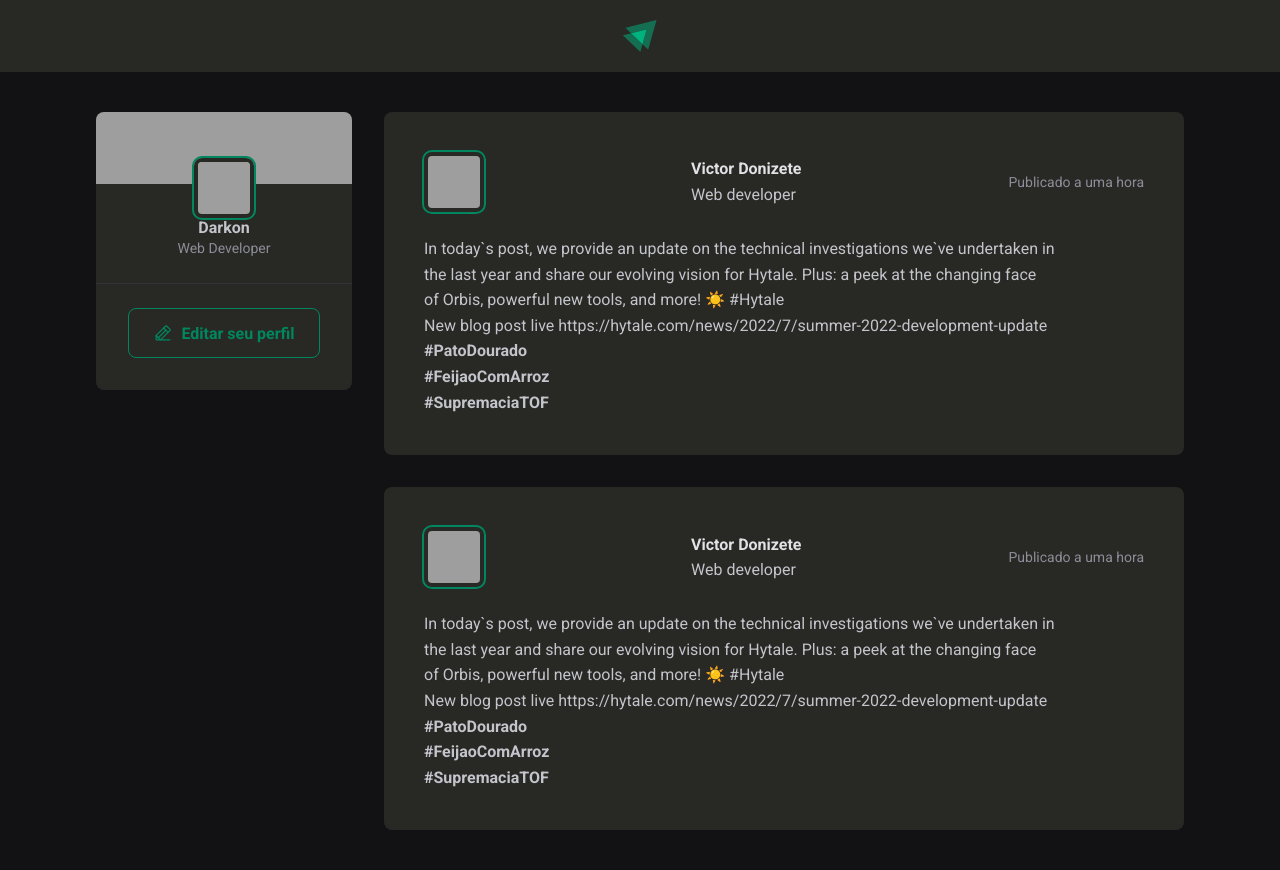
Repository: viviij/PseudoRedeSocial
Page: /
An editor plug-in stored every save of this project. The page is shown before and after the next save, followed by the edit.
The browser window is 1280 px wide. The pictures show the whole page.
Pictures or frames that could not be fetched are drawn as grey boxes. The project was rebuilt for these pictures with package versions that can differ from the ones it lists, and the page was loaded fresh each time. Also part of the build but not shown: vite.config.js.

Above is the page before, as saved 2022-08-02 11:57:02.

### index.html
<!DOCTYPE html>
<html lang="en">
  <head>
    <meta charset="UTF-8" />
    <link rel="preconnect" href="https://fonts.googleapis.com">
    <link rel="preconnect" href="https://fonts.gstatic.com" crossorigin>
    <link rel="icon" type="image/svg+xml" href="/vite.svg" />
    <meta name="viewport" content="width=device-width, initial-scale=1.0" />
    <link href="https://fonts.googleapis.com/css2?family=Roboto:wght@400;700&display=swap" rel="stylesheet">
    <title>RedeSocial</title>
  </head>
  <body>
    <div id="root"></div>
    <script type="module" src="/src/main.jsx"></script>
  </body>
</html>

### src/App.jsx
import { Header } from "./components/header";
import { Sidebar } from "./components/Sidebar"
import { Post } from "./components/Post"

import styles from "./App.module.css"
import "./global.css"
export function App() {
  return (
    <div>
      <Header />

      <div className={styles.wrapper}>
        <Sidebar />
        <main>
          <Post
            author="Victor Donizete"
            content="Texto generico criado apenas para simular uma postagem"
          />
          <Post
            author="Fernanda Medeiros"
            content="Texto generico criado apenas para simular uma postagem"
          />
        </main>
      </div>
    </div>
  )
}

### src/components/header.jsx
import styles from "./Header.module.css"

import IgniteLogo from '../assets/IgniteLogo.svg'

export function Header() {
  return (
    <header className={styles.header}>
      <img src={IgniteLogo} alt="Logo da ignite" />
    </header>
  )
}

### src/components/Sidebar.jsx
import styles from "./Sidebar.module.css"
import { PencilLine } from "phosphor-react"

export function Sidebar() {
  return (
    <aside className={styles.sidebar}>
      <img
        className={styles.cover}
        src="https://images.unsplash.com/photo-1659095579647-7c1bbc73b36f?ixlib=rb-1.2.1&ixid=MnwxMjA3fDB8MHxlZGl0b3JpYWwtZmVlZHw1fHx8ZW58MHx8fHw%3D&auto=format&fit=crop&w=500&q=10" alt="plano de fundo"
      />

      <div className={styles.profile}>
        <img
          className={styles.avatar}
          src="https://github.com/viviij.png" alt="Foto de perfil" />

        <strong>Darkon</strong>
        <span>Web Developer</span>
      </div>

      <footer>
        <a
          href="#">
          <PencilLine
            size={20}
          />
          Editar seu perfil
        </a>
      </footer>
    </aside>
  )
}

### src/components/Post.jsx
import styles from "./Post.module.css"

export function Post() {
  return (
    <article className={styles.post}>
      <header>
        <div className={styles.author}>
          <img className={styles.avatar} src="https://github.com/viviij.png" alt="Foto do perfil" />
        </div>
        <div className={styles.authorInfo}>
          <strong>Victor Donizete</strong>
          <span>Web developer</span>
        </div>

        <time title="1 de agosto as 00:13h" dateTime="2022-05-11 00:13:46">Publicado a uma hora</time>
      </header>

      <div className={styles.content}>
        <p> In today`s post, we provide an update on the technical investigations we`ve undertaken in</p> <p> the last year and share our evolving vision for Hytale. Plus: a peek at the changing face </p>
        <p> of Orbis, powerful new tools, and more! ☀️ #Hytale</p>
        <p>New blog post live https://hytale.com/news/2022/7/summer-2022-development-update</p>

        <p><a href="#">#PatoDourado</a></p>{' '}
        <p><a href="#">#FeijaoComArroz</a></p>{' '}
        <p><a href="#">#SupremaciaTOF</a></p>
      </div>
    </article>
  )
}

### src/App.module.css
.wrapper {
  max-width: 70rem;
  margin: 2rem auto;
  padding: 0.5rem 1rem;

  display: grid;
  grid-template-columns: 256px 1fr;
  gap: 2rem;
  align-items: flex-start;

}

### src/global.css
:root {
  --white: #ffffff;

  --gray-100: #e1e1e6;
  --gray-300: #c4c4cc;
  --gray-400: #8d8d99;
  --gray-600: #323238;
  --gray-700: #29292e;
  --gray-800: #282824;
  --gray-900: #121214;

  --green-300: #00B37E;
  --green-500: #00875f;
}

* {
  margin: 0;
  padding: 0;
  box-sizing: border-box;
}

body {
  background: var(--gray-900);
  color: var(--gray-300);
  -webkit-font-smoothing: antialiased;
}

body,
input,
textarea,
button {
  font-family: 'Roboto', sans-serif;
  font-weight: 400;
  font-size: 1rem;
}

### src/components/Sidebar.module.css
.sidebar {
  background: var(--gray-800);
  border-radius: 8px;
  overflow: hidden;
}

.cover {
  width: 100%;
  height: 72px;
  object-fit: cover;
}

.profile {
  display: flex;
  flex-direction: column;
  align-items: center;

  margin-top: calc(0px - 1.5rem - 6px);
}

.avatar {
  width: calc(3rem + 12px);
  height: calc(3rem + 12px);
  border-radius: 8px;
  border: 4px solid var(--gray-800);
  outline: 2px solid var(--green-500);
}

.prfile strong {
  margin: 1rem;
  color: var(--gray-100);
  line-height: 1.6;
}

.profile span {
  font-size: 0.875rem;
  color: var(--gray-400);
  line-height: 1.6;
}

.sidebar footer {
  border-top: 1px solid var(--gray-600);
  margin-top: 1.5rem;
  padding: 1.5rem 2rem 2rem;
}

.sidebar footer a {
  width: 100%;
  background: transparent;
  color: var(--green-500);
  border: 1px solid var(--green-500);
  border-radius: 8px;
  height: 50px;
  padding: 0 1.5rem;
  font-weight: bold;
  display: block;
  text-decoration: none;

  display: flex;
  align-items: center;
  justify-content: center;

  gap: 0.5rem;

  transition: color 0.5s, background-color 0.5s;
}

.sidebar footer a:hover {
  background: var(--green-500);
  color: var(--white)
}

### src/components/Post.module.css
.post {
  background: var(--gray-800);
  border-radius: 8px;
  padding: 2.5rem;
}

.post+.post {
  margin-top: 2rem;
}

.content {
  line-height: 1.6;
  color: var(--gray-300);
  margin-top: 1.5rem;
}

.content a {
  font-weight: bold;
  color: var(--gray-500);
  text-decoration: none;
}

.content a:hover {
  color: var(--green-300);
}

.post>header {
  display: flex;
  align-items: center;
  justify-content: space-between;
}

.post>header time {
  font-size: 0.875rem;
  color: var(--gray-400)
}

.author {
  display: flex;
  align-items: center;
  gap: 1rem;
}

.author img {
  width: calc(3rem + 12px);
  height: calc(3rem + 12px);
  border-radius: 8px;
  border: 4px solid var(--gray-800);
  outline: 2px solid var(--green-500);
}

.authorInfo strong {
  display: block;
  color: var(--gray-100);
  line-height: 1.6;
}

.authorInfo span {
  display: block;
  font-size: 0.875;
  color: var(--grey-400);
  line-height: 1.6;
}

Loaded but not shown: src/main.jsx (common file); src/components/Header.module.css (common file)

After the next save:
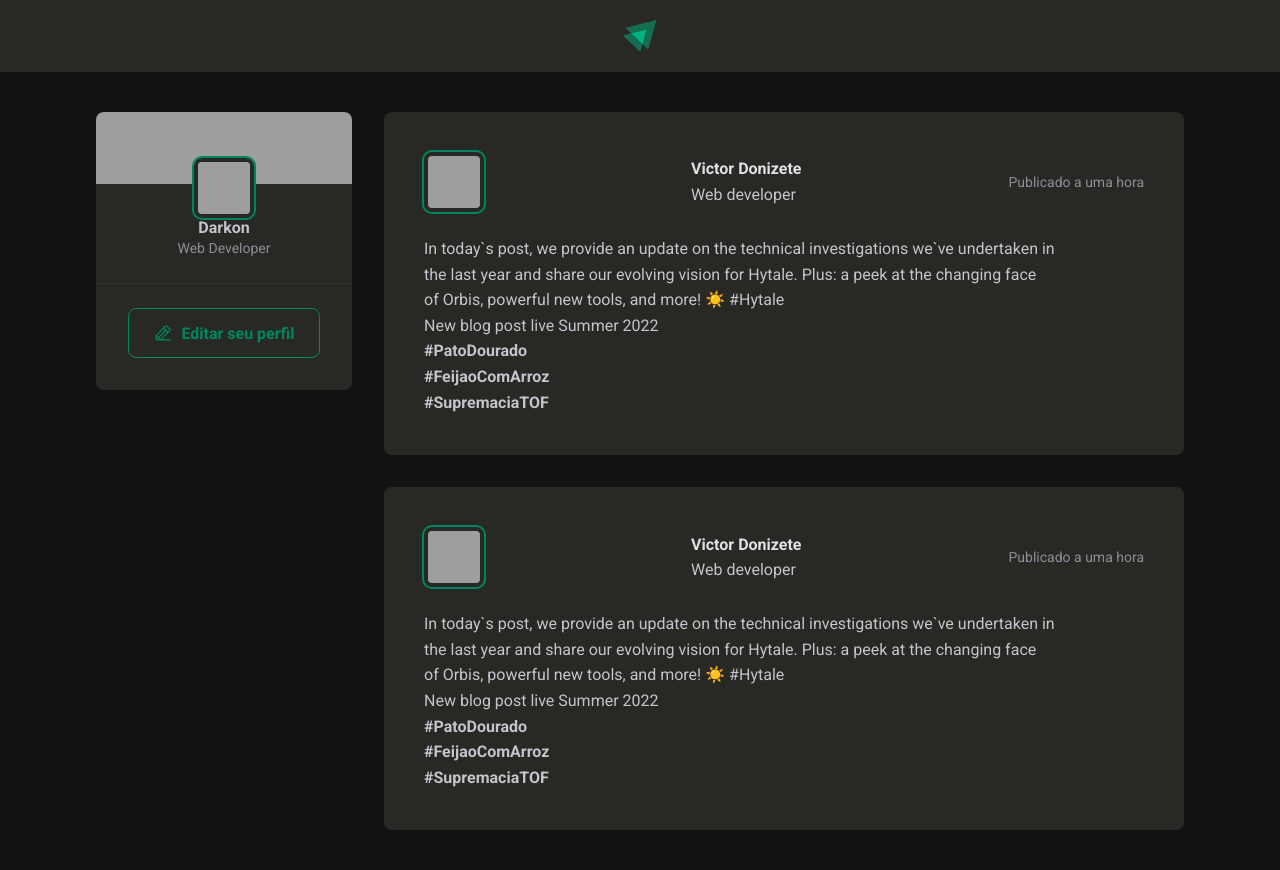
Saved 78 s later.
--- a/src/components/Post.jsx
+++ b/src/components/Post.jsx
@@ -18,7 +18,7 @@ export function Post() {
       <div className={styles.content}>
         <p> In today`s post, we provide an update on the technical investigations we`ve undertaken in</p> <p> the last year and share our evolving vision for Hytale. Plus: a peek at the changing face </p>
         <p> of Orbis, powerful new tools, and more! ☀️ #Hytale</p>
-        <p>New blog post live https://hytale.com/news/2022/7/summer-2022-development-update</p>
+        <p>New blog post live <a href="https://hytale.com/news/2022/7/summer-2022-development-update"></a>Summer 2022</p>
 
         <p><a href="#">#PatoDourado</a></p>{' '}
         <p><a href="#">#FeijaoComArroz</a></p>{' '}
